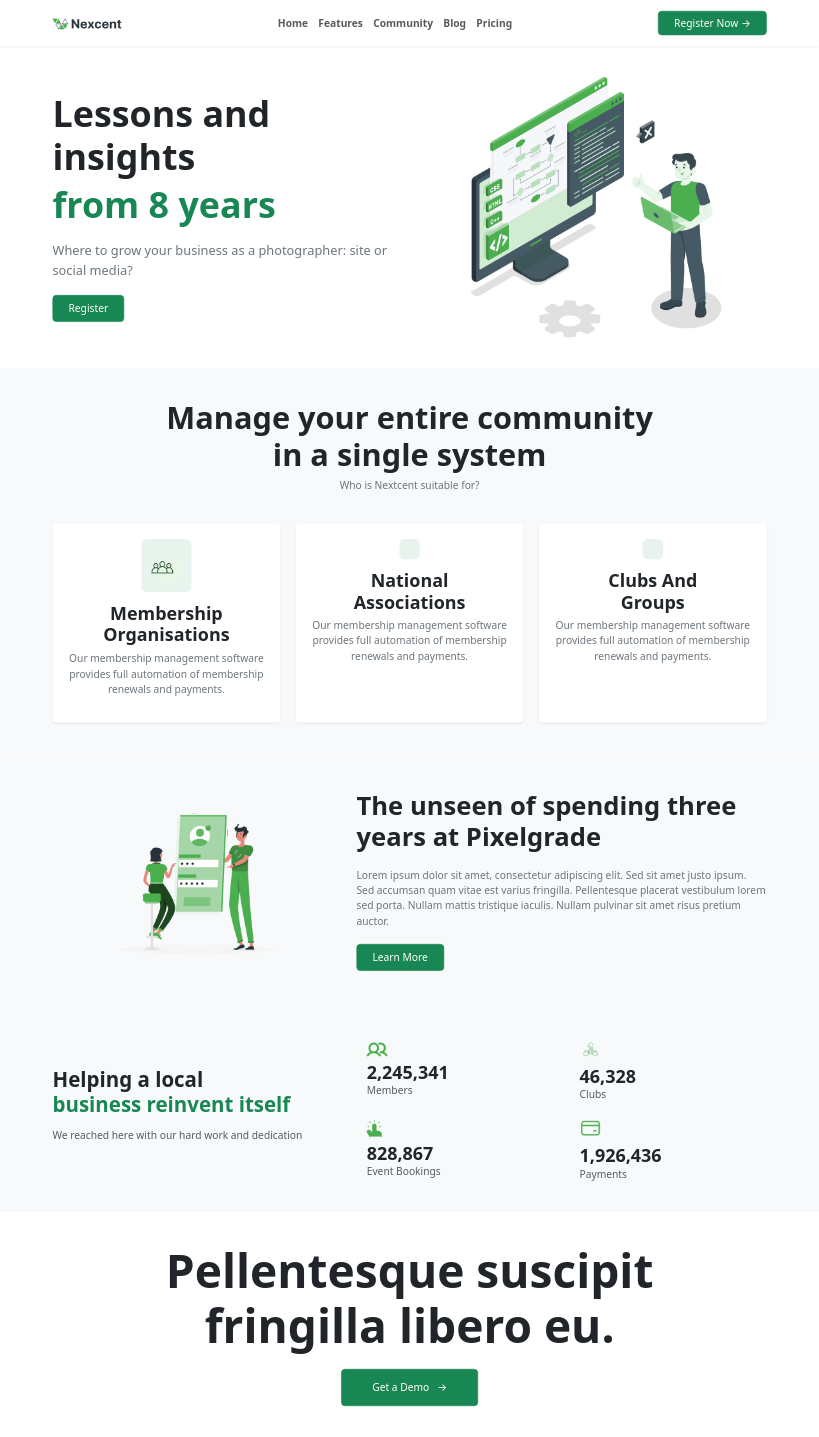
Repository: Laibaaa10/Bootstrap1
Page: index.html
These files come from the project's save history. The page is drawn as it stood at one moment and after a run of saves; the edit follows.
The browser window is 1280 px wide. The pictures show the whole page, at 64% of full size.

Above is the page before, as saved 2026-06-18 08:16:33.

### index.html
<!DOCTYPE html>
<html lang="en">

<head>
    <meta charset="UTF-8">
    <meta name="viewport" content="width=device-width, initial-scale=1.0">
    <title>Navbar</title>
    <link href="https://cdn.jsdelivr.net/npm/bootstrap@5.3.3/dist/css/bootstrap.min.css" rel="stylesheet">
    <link rel="stylesheet" href="style.css">
</head>

<body>
    <!-- Navbar start  -->
     <nav class="navbar navbar-expand-lg bg-white shadow-sm py-3">
    <div class="container">

        <a class="navbar-brand" href="#">
            <img src="./images/Logo.png" alt="Logo" class="img-fluid">
        </a>

        <button class="navbar-toggler" type="button"
            data-bs-toggle="collapse"
            data-bs-target="#navbarContent">
            <span class="navbar-toggler-icon"></span>
        </button>

        <div class="collapse navbar-collapse" id="navbarContent">

            <ul class="navbar-nav mx-auto">
                <li class="nav-item">
                    <a class="nav-link fw-semibold" href="#">Home</a>
                </li>

                <li class="nav-item">
                    <a class="nav-link fw-semibold" href="#">Features</a>
                </li>

                <li class="nav-item">
                    <a class="nav-link fw-semibold" href="#">Community</a>
                </li>

                <li class="nav-item">
                    <a class="nav-link fw-semibold" href="#">Blog</a>
                </li>

                <li class="nav-item">
                    <a class="nav-link fw-semibold" href="#">Pricing</a>
                </li>
            </ul>

            <a href="#" class="btn btn-success px-4">
                Register Now →
            </a>

        </div>
    </div>
</nav>
    <!-- Navbar end -->

    <!-- Hero section start  -->
     <section class="container py-5">
    <div class="row flex-lg-row-reverse align-items-center g-5">

        <div class="col-10 col-sm-8 col-lg-6 mx-auto">
            <img src="./images/Illustration.png"
                class="d-block mx-lg-auto img-fluid"
                alt="Hero Image">
        </div>

        <div class="col-lg-6">

            <h1 class="display-4 fw-bold text-dark">
                Lessons and insights
            </h1>

            <h1 class="display-4 fw-bold text-success">
                from 8 years
            </h1>

            <p class="lead text-secondary my-4">
                Where to grow your business as a photographer:
                site or social media?
            </p>

            <a href="#" class="btn btn-success px-4 py-2">
                Register
            </a>

        </div>

    </div>
</section>
<!-- Hero section end -->

             <section class="py-5 bg-light">
    <div class="container">

        <div class="text-center mb-5">
            <h1 class="fw-bold display-5 text-dark">
                Manage your entire community <br>
                in a single system
            </h1>

            <p class="text-secondary">
                Who is Nextcent suitable for?
            </p>
        </div>

        <div class="row g-4">
            <div class="col-md-4">
                <div class="card border-0 shadow-sm h-100 text-center p-4">

                    <div class="mx-auto bg-success bg-opacity-10 rounded-3 p-3 mb-3">
                        <img src="./images/Icon.png" alt="Illustration" class="img-fluid">
                        <i class="bi bi-people fs-2 text-success"></i>
                    </div>

                    <h3 class="fw-bold">
                        Membership <br> Organisations
                    </h3>

                    <p class="text-secondary">
                        Our membership management software provides full automation of membership renewals and payments.
                    </p>

                </div>
            </div>
            <div class="col-md-4">
                <div class="card border-0 shadow-sm h-100 text-center p-4">

                    <div class="mx-auto bg-success bg-opacity-10 rounded-3 p-3 mb-3">
                        <i class="bi bi-building fs-2 text-success"></i>
                    </div>

                    <h3 class="fw-bold">
                        National <br> Associations
                    </h3>

                    <p class="text-secondary">
                        Our membership management software provides full automation of membership renewals and payments.
                    </p>

                </div>
            </div>
            <div class="col-md-4">
                <div class="card border-0 shadow-sm h-100 text-center p-4">

                    <div class="mx-auto bg-success bg-opacity-10 rounded-3 p-3 mb-3">
                        <i class="bi bi-diagram-3 fs-2 text-success"></i>
                    </div>

                    <h3 class="fw-bold">
                        Clubs And <br> Groups
                    </h3>

                    <p class="text-secondary">
                        Our membership management software provides full automation of membership renewals and payments.
                    </p>

                </div>
            </div>

        </div>

    </div>

</section>

<section class="bg-light py-5">
    <div class="container">
        <div class="row align-items-center">
            <div class="col-lg-5 text-center mb-4 mb-lg-0">
                <img src="./images/Frame 35.png" alt="Illustration"
                     class="img-fluid">
            </div>

            <div class="col-lg-7">
                <h1 class="fw-bold text-dark mb-4">
                    The unseen of spending three years at Pixelgrade
                </h1>

                <p class="text-secondary mb-4">
                    Lorem ipsum dolor sit amet, consectetur adipiscing elit.
                    Sed sit amet justo ipsum. Sed accumsan quam vitae est
                    varius fringilla. Pellentesque placerat vestibulum lorem
                    sed porta. Nullam mattis tristique iaculis. Nullam pulvinar
                    sit amet risus pretium auctor.
                </p>

                <button class="btn btn-success px-4 py-2">
                    Learn More
                </button>
            </div>

        </div>
    </div>
</section>

<!-- Stats Section Start -->
<section class="bg-light py-5">
    <div class="container">
        <div class="row align-items-center">

            <div class="col-lg-5">
                <h2 class="fw-bold text-dark">
                    Helping a local <br>
                    <span class="text-success">business reinvent itself</span>
                </h2>
                <p class="text-muted mt-3">
                    We reached here with our hard work and dedication
                </p>
            </div>
            <div class="col-lg-7">
                <div class="row g-4">

                    <div class="col-md-6 d-flex align-items-center">
                        <i class="fa-solid fa-users text-success fs-1 me-3"></i>
                        <div>
                            <img src="./images/Vector.png" alt="Illustration" class="img-fluid mb-2">
                            <h3 class="fw-bold mb-0">2,245,341</h3>
                            <p class="text-muted mb-0">Members</p>
                        </div>
                    </div>

                    <div class="col-md-6 d-flex align-items-center">
                        <i class="fa-solid fa-handshake text-success fs-1 me-3"></i>
                        <div>
                            <img src="./images/Icon (1).png" alt="Illustration" class="img-fluid mb-2">
                            <h3 class="fw-bold mb-0">46,328</h3>
                            <p class="text-muted mb-0">Clubs</p>
                        </div>
                    </div>

                    <div class="col-md-6 d-flex align-items-center">
                        <i class="fa-solid fa-calendar-check text-success fs-1 me-3"></i>
                        <div>
                            <img src="./images/Vector (1).png" alt="Illustration" class="img-fluid mb-2">
                            <h3 class="fw-bold mb-0">828,867</h3>
                            <p class="text-muted mb-0">Event Bookings</p>
                        </div>
                    </div>

                    <div class="col-md-6 d-flex align-items-center">
                        <i class="fa-regular fa-credit-card text-success fs-1 me-3"></i>
                        <div>
                            <img src="./images/Icon (2).png" alt="Illustration" class="img-fluid mb-2">
                            <h3 class="fw-bold mb-0">1,926,436</h3>
                            <p class="text-muted mb-0">Payments</p>
                        </div>
                    </div>

                </div>
            </div>

        </div>
    </div>
</section>
<!-- Stats Section End -->

<!--Demo Section Start-->
<section class="py-5 text-center">
    <div class="container">
        <h1 class="display-2 fw-bold text-dark mb-4">
            Pellentesque suscipit <br>
            fringilla libero eu.
        </h1>

        <button class="btn btn-success px-5 py-3">
            Get a Demo &nbsp; →
        </button>
    </div>
</section>
<!--Demo Section End-->

</body>
</html>
        <script src="https://cdn.jsdelivr.net/npm/bootstrap@5.3.3/dist/js/bootstrap.bundle.min.js"></script>

</body>

</html>

Loaded but not shown: style.css (no stored copy; drawn as an empty file)

After the next 3 saves:
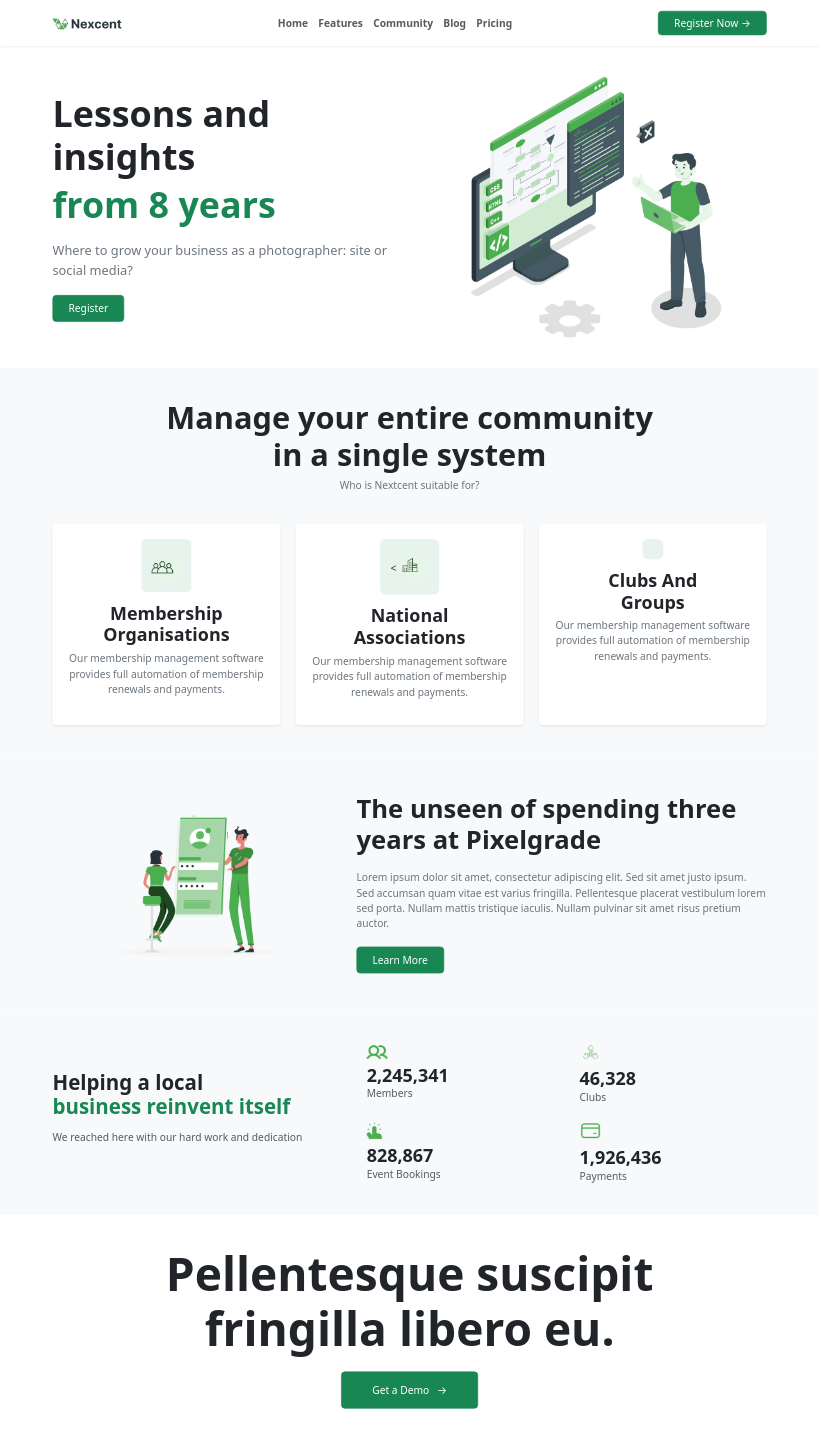
The 3 saves are shown as one change because they came seconds apart.
The last was saved 8 s later.
--- a/index.html
+++ b/index.html
@@ -129,6 +129,7 @@
                 <div class="card border-0 shadow-sm h-100 text-center p-4">
 
                     <div class="mx-auto bg-success bg-opacity-10 rounded-3 p-3 mb-3">
+                        < <img src="./images/Icon (4).png" alt="Illustration" class="img-fluid mb-2">
                         <i class="bi bi-building fs-2 text-success"></i>
                     </div>
 
